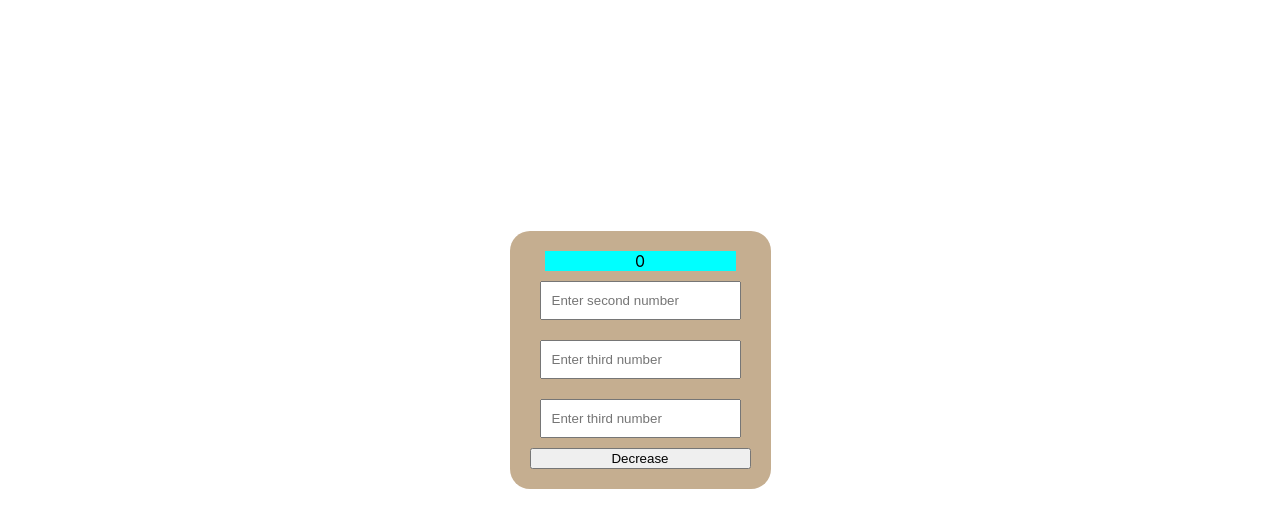
Repository: purnimapatel/SI-calculator
Page: /
An editor plug-in stored every save of this project. The page is shown before and after a run of saves, followed by the edit.
The browser window is 1280 px wide. The pictures show the whole page.
The project was rebuilt for these pictures with package versions that can differ from the ones it lists, and the page was loaded fresh each time.

Above is the page before, as saved 2024-08-26 11:36:41.

After the next 2 saves:
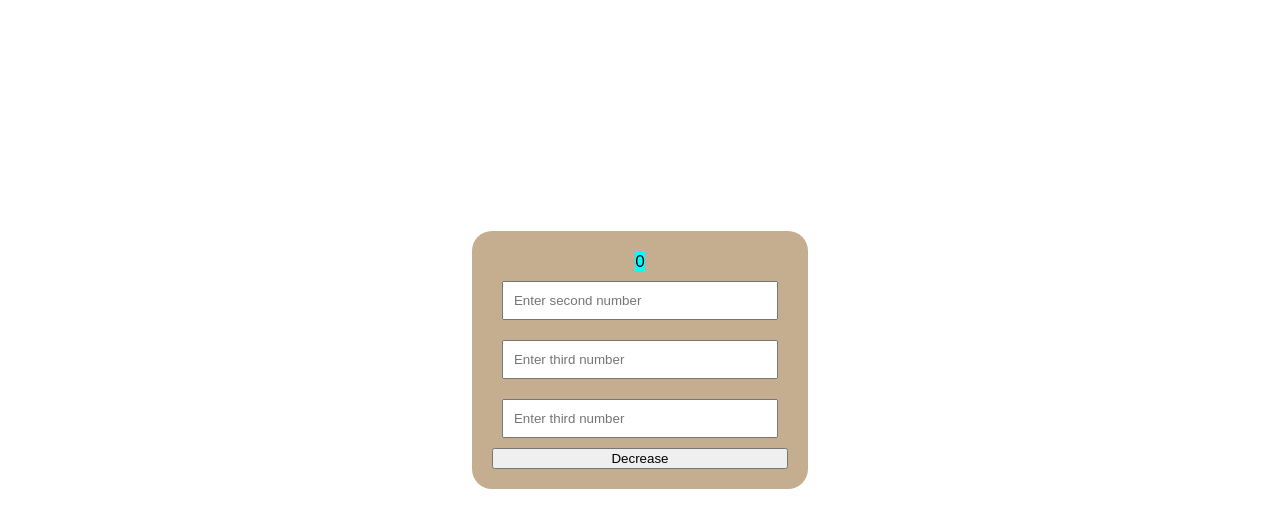
The 2 saves are shown as one change because they came seconds apart.
The last was saved 7 s later.
--- a/src/App.css
+++ b/src/App.css
@@ -26,7 +26,7 @@
   display: flex;
   text-align: center;
   justify-content: center;
-  margin:0px 15px;
+  margin:0px 143px;
   background-color:aqua;
 
 }

After the save that followed:
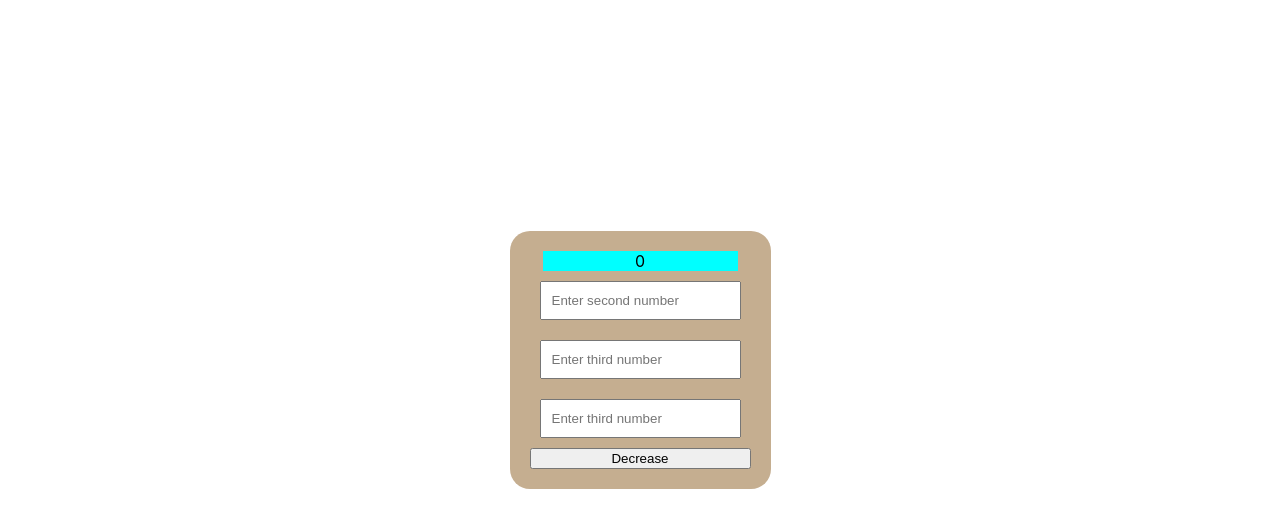
Saved 7 s later.
--- a/src/App.css
+++ b/src/App.css
@@ -26,7 +26,7 @@
   display: flex;
   text-align: center;
   justify-content: center;
-  margin:0px 143px;
+  margin:0px 13px;
   background-color:aqua;
 
 }
